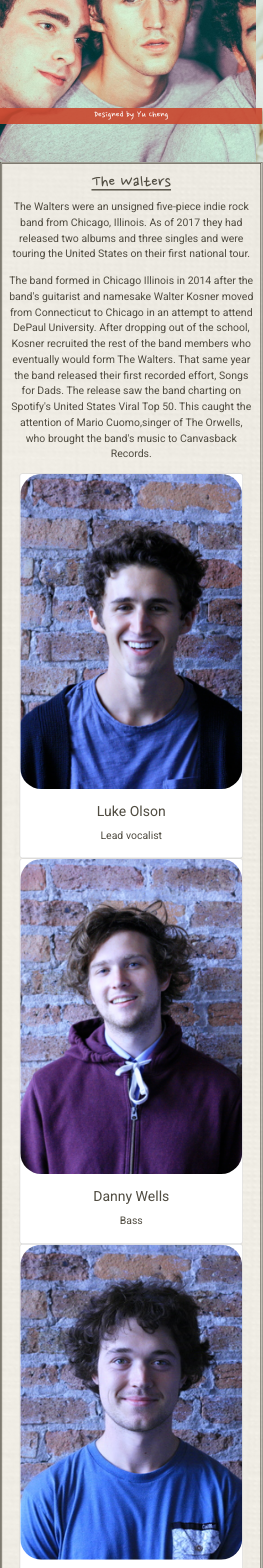
Repository: yucheng91/CIassignment1
Page: index.html
The author's editor kept a record of every edit. The page is drawn from the files as they stood at one moment, then again after the next edit.
The browser window is 375 px wide. The pictures show the part of the page from y = 623 to 2863 px (the page is 5706 px tall before and 5721 px after), at 70% of full size.

Above is the page before.

After the next edit:
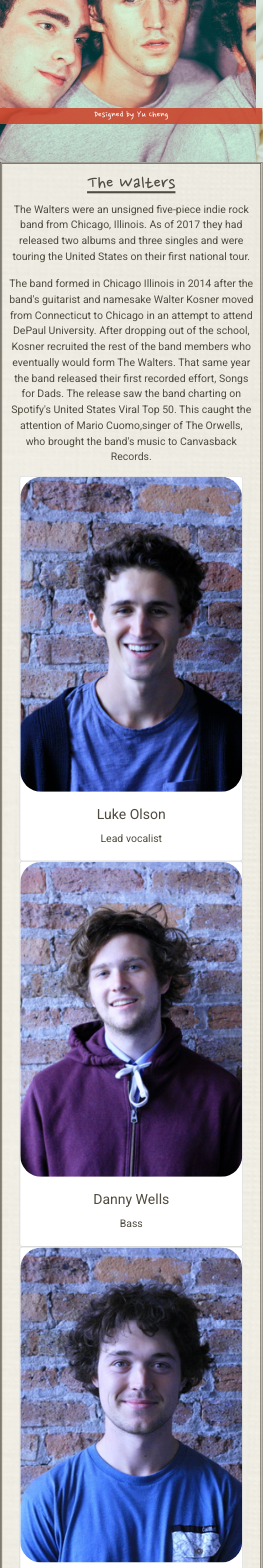
The edit:
--- a/style.css
+++ b/style.css
@@ -167,7 +167,7 @@
     }
 
     h2 {
-        font-size: 27px;
+        font-size: 30px;
     }
 
     p {
